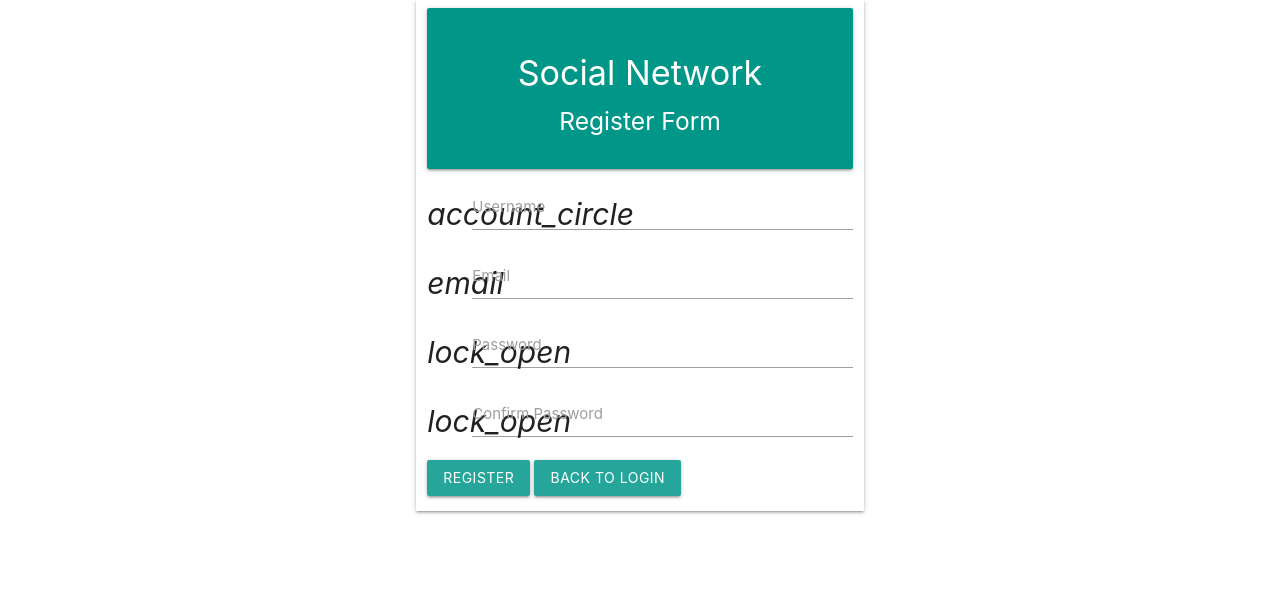
Repository: thdal/Atelier_JEE_16_02
Page: http://localhost/Atelier_JEE_16_02/WEB-INF/pages/connexion/FormRegister.jsp
An editor plug-in stored every save of this project. The page is shown before and after the next save, followed by the edit.
The browser window is 1280 px wide. The pictures show the whole page.
The page is served by Tomcat 9. Nobody is signed in. The template is opened directly, without the code that normally fills it, so the values that code supplies are empty.

Above is the page before, as saved 2021-02-22 07:28:10.

After the next save:
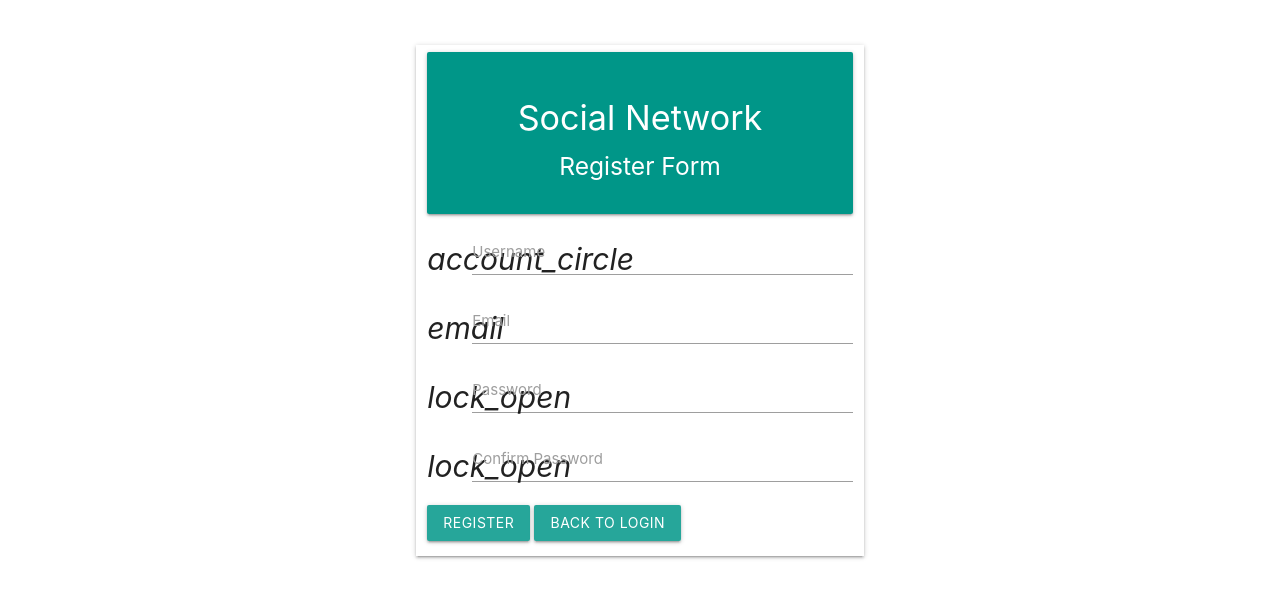
Saved 7 s later.
--- a/Atelier_JEE_16_02/src/main/webapp/WEB-INF/pages/connexion/FormRegister.jsp
+++ b/Atelier_JEE_16_02/src/main/webapp/WEB-INF/pages/connexion/FormRegister.jsp
@@ -10,9 +10,7 @@
 </head>
 <body>
 <div class="container">
-
-      <div class="row">
-
+      <div style="margin-top:5%" class="row">
           <div class="col s6 offset-s3 z-depth-1" id="panell">
             <div class="card-panel teal">
 	          <h4 style="text-align: center;" class="white-text">Social Network</h4>
